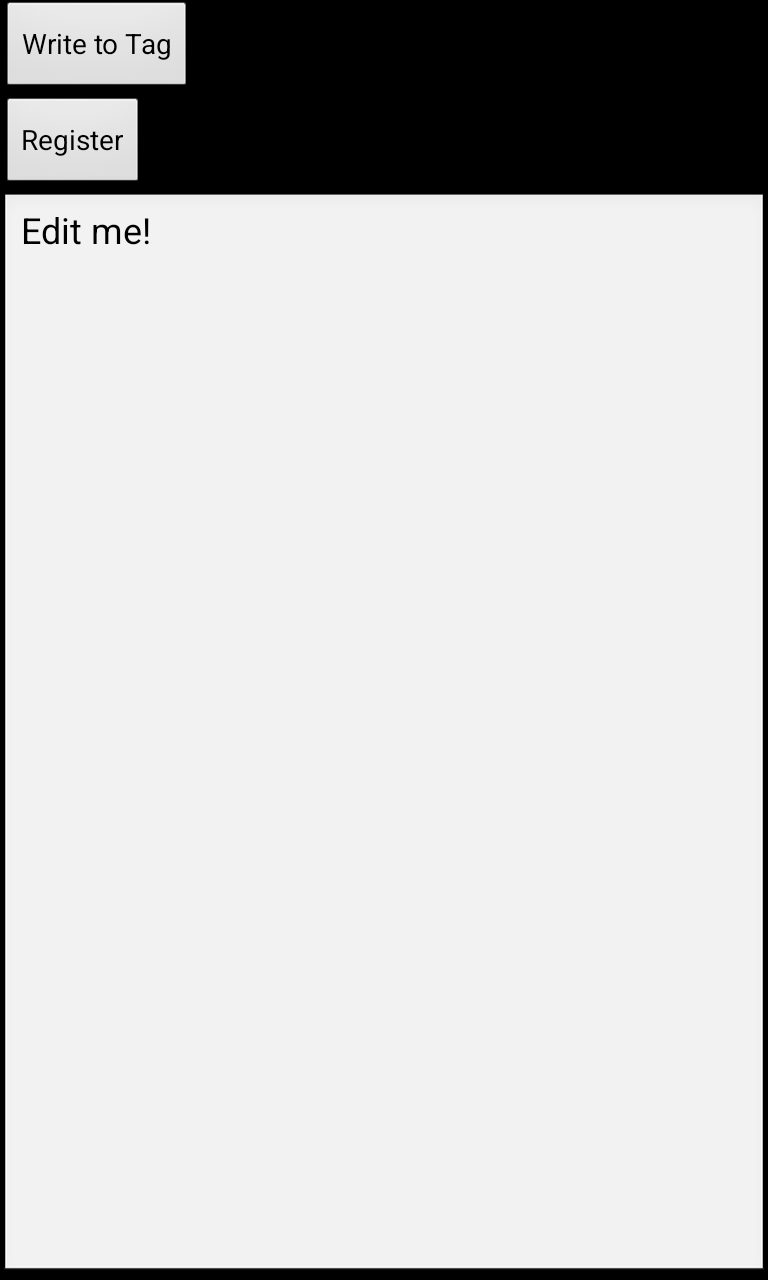
Repository: AjayTripathy/rice
Layout: android.rice.StickyNotesActivity/res/layout/main.xml
The author's editor kept a copy of each file at every save. The layout is drawn from the files as they stood at one save, then again after the next save.
It is drawn on a 768 x 1280 px phone screen (xhdpi) without system bars, with theme android:Theme; the app's code is not run.

Above is the layout before, as saved 2012-07-22 08:33:49.

### android.rice.StickyNotesActivity/res/layout/main.xml
<?xml version="1.0" encoding="utf-8"?>
<LinearLayout xmlns:android="http://schemas.android.com/apk/res/android"
    android:orientation="vertical"
    android:layout_width="fill_parent"
    android:layout_height="fill_parent"
    >
    <LinearLayout android:layout_height="wrap_content" android:layout_width="match_parent" android:id="@+id/linearLayout1">
        <Button android:layout_height="wrap_content" android:layout_width="wrap_content" android:id="@+id/write_tag" android:text="@string/write_to_tag"></Button>
    </LinearLayout>

    <LinearLayout android:layout_height="wrap_content" android:layout_width="match_parent" android:id="@+id/linearLayout2">
        <Button android:layout_height="wrap_content" android:layout_width="wrap_content" android:id="@+id/get_tag_info" android:text="@string/get_tag_info"></Button>
    </LinearLayout>
<EditText android:layout_width="fill_parent" android:id="@+id/note" android:layout_height="fill_parent" android:gravity="top" android:text="@string/default_note_text"></EditText>
</LinearLayout>

### android.rice.StickyNotesActivity/res/values/strings.xml
<?xml version="1.0" encoding="utf-8"?>
<resources>
    <string name="hello">Hello World, StickyNotesActivity!</string>
    <string name="app_name">Rice!</string>
    <string name="write_to_tag">Write to Tag</string>
    <string name="default_note_text">Edit me!</string>
    <string name="get_tag_info">Register</string>
</resources>

After the next save:
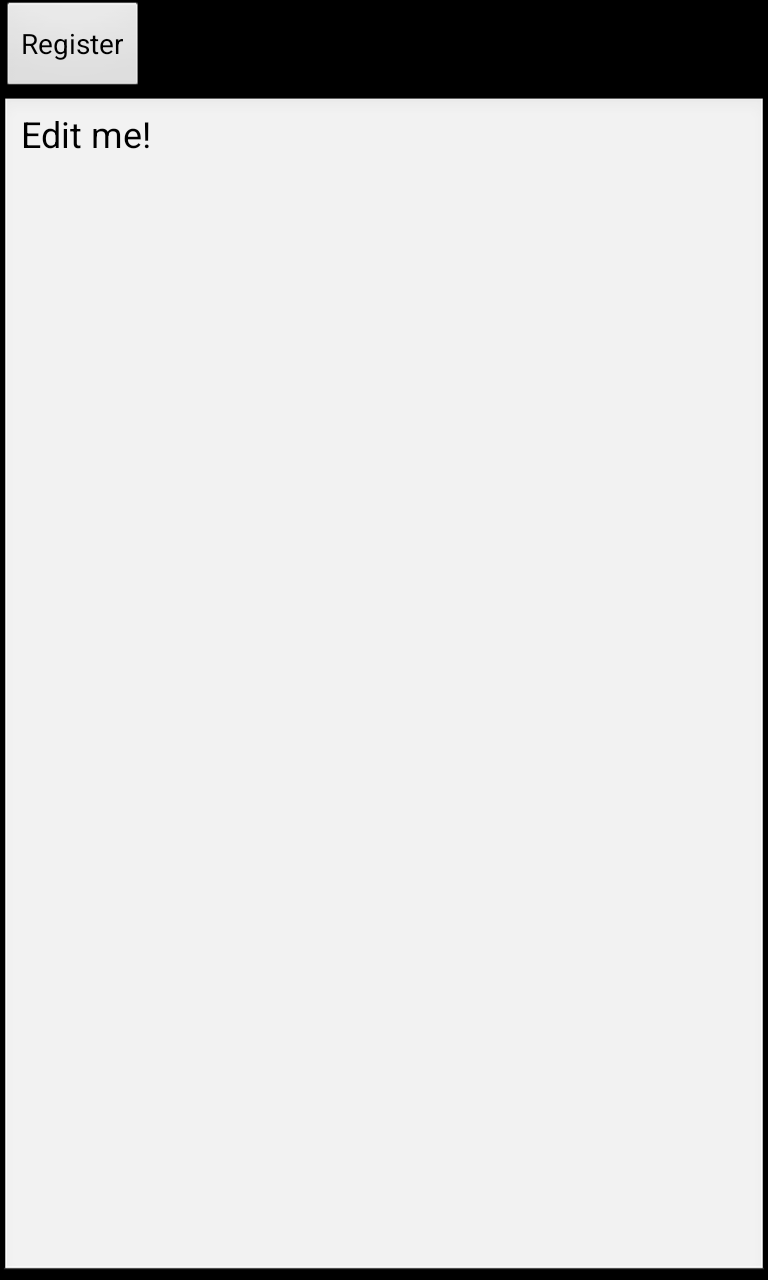
Saved 13 min 6 s later.
--- a/android.rice.StickyNotesActivity/res/layout/main.xml
+++ b/android.rice.StickyNotesActivity/res/layout/main.xml
@@ -5,7 +5,6 @@
     android:layout_height="fill_parent"
     >
     <LinearLayout android:layout_height="wrap_content" android:layout_width="match_parent" android:id="@+id/linearLayout1">
-        <Button android:layout_height="wrap_content" android:layout_width="wrap_content" android:id="@+id/write_tag" android:text="@string/write_to_tag"></Button>
     </LinearLayout>
 
     <LinearLayout android:layout_height="wrap_content" android:layout_width="match_parent" android:id="@+id/linearLayout2">
